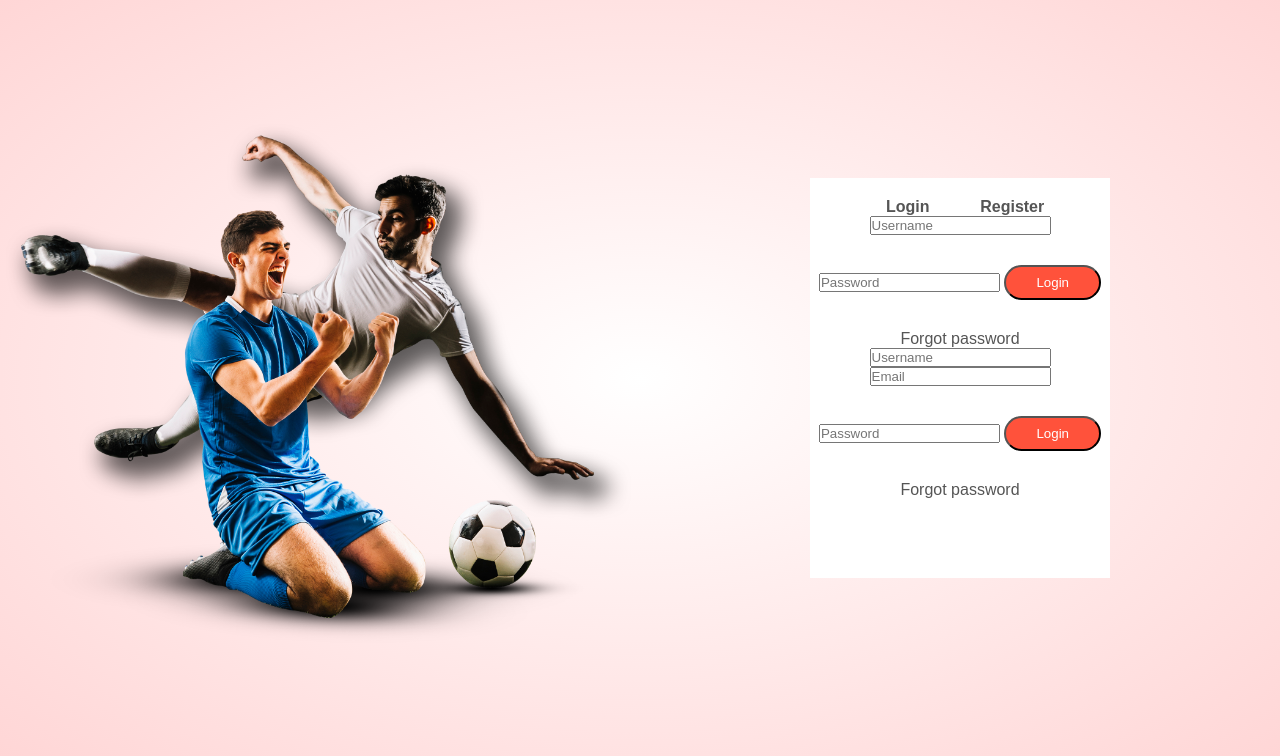
Repository: ritikalohia/tepid-frontend
Page: account.html
These files come from the project's save history. The page is drawn as it stood at one moment and after a run of saves; the edit follows.
The browser window is 1280 px wide. The pictures show the whole page.

Above is the page before, as saved 2021-06-09 12:29:25.

After the next 2 saves:
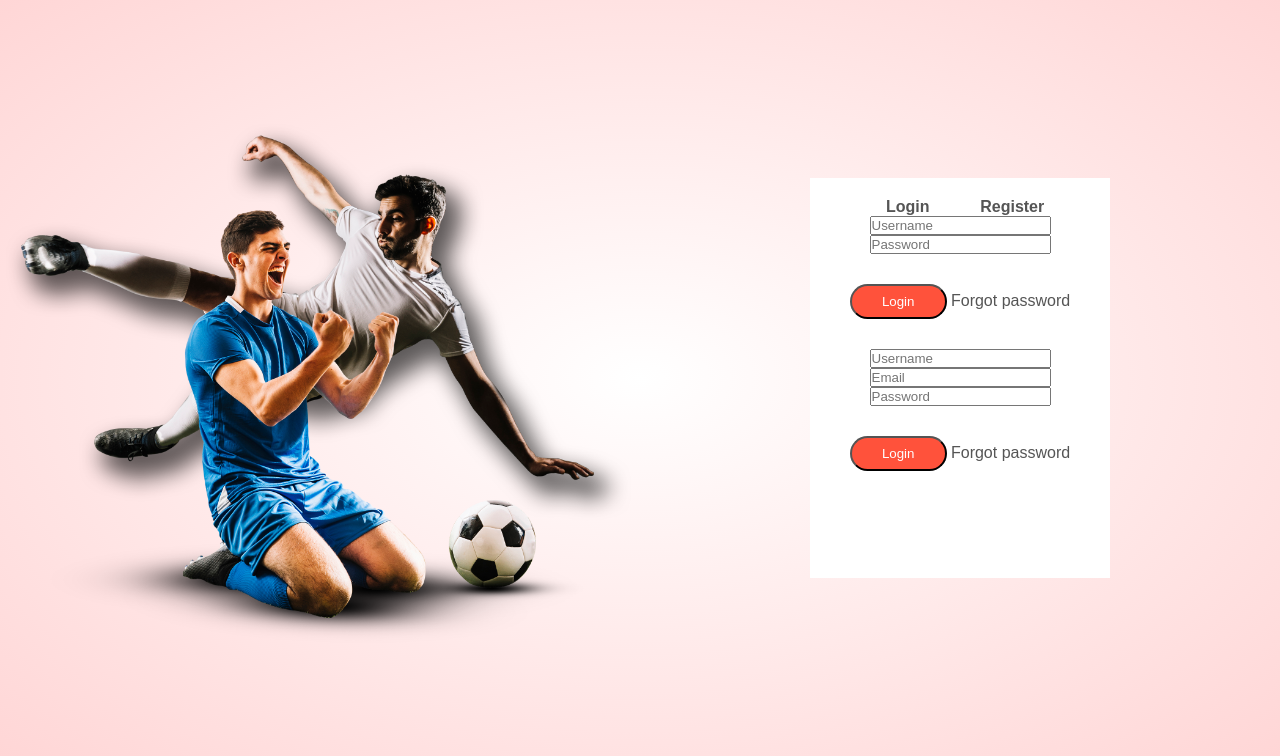
The 2 saves are shown as one change because they came seconds apart.
The last was saved 7 s later.
--- a/style.css
+++ b/style.css
@@ -559,5 +559,6 @@ th:last-child{
 
 .form-container form{
     max-width: 300px;
-    padding:;;
-}
+    padding: 0 20px;
+    position: ;
+}
